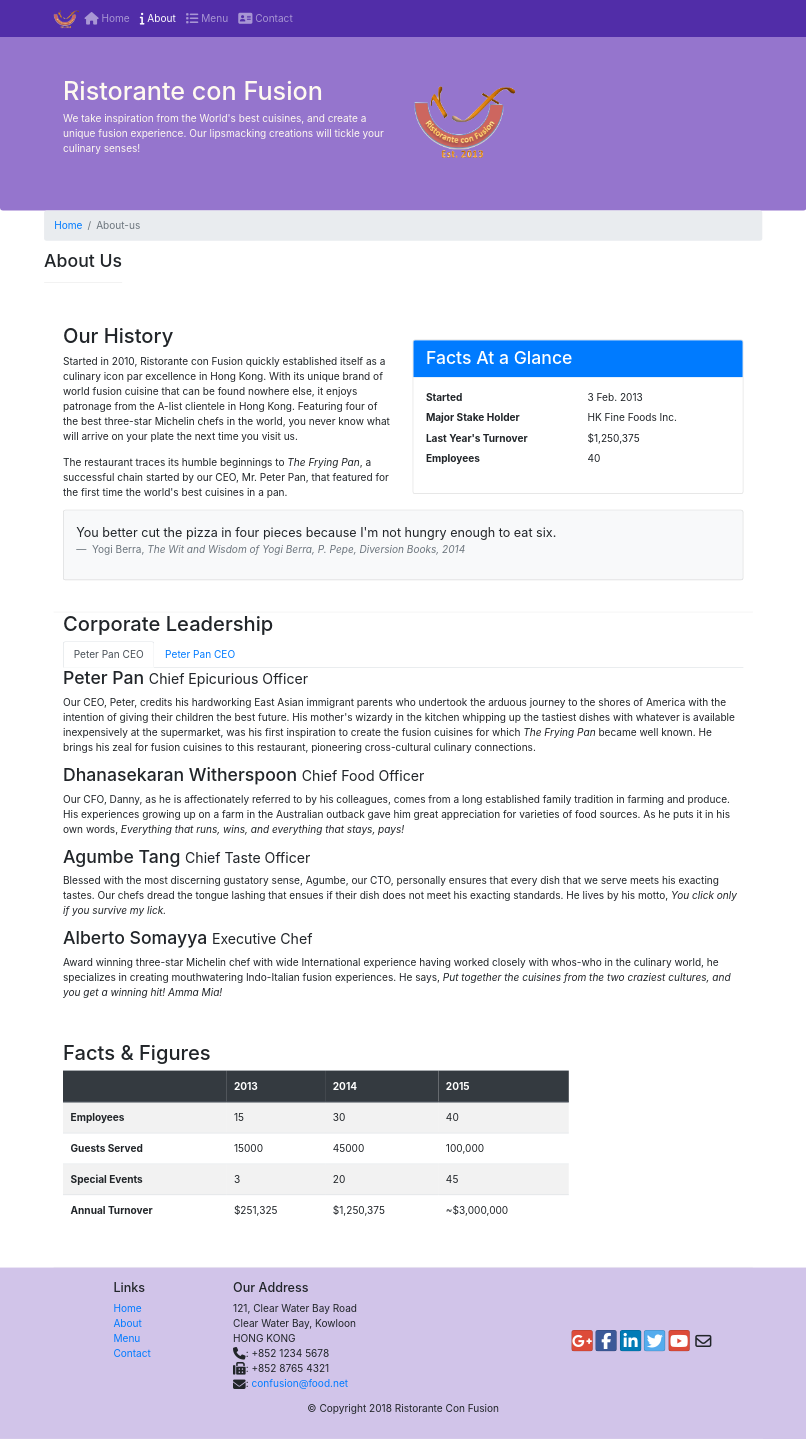
Repository: Samkiroko/Boostrap_intro
Page: about-us.html
The author's editor kept a copy of each file at every save. The page is drawn from the files as they stood at one save, then again after the next save.
The browser window is 1280 px wide. The pictures show the whole page, at 63% of full size.
Some web libraries are served in a nearby version.

Above is the page before, as saved 2020-02-01 13:50:07.

### about-us.html
<!DOCTYPE html>
<html lang="en">
  <head>
    <!-- Required meta tags -->
    <meta charset="utf-8" />
    <meta
      name="viewport"
      content="width=device-width, initial-scale=1, shrink-to-fit=no"
    />

    <!-- Bootstrap CSS -->
    <link
      rel="stylesheet"
      href="https://stackpath.bootstrapcdn.com/bootstrap/4.4.1/css/bootstrap.min.css"
      integrity="sha384-Vkoo8x4CGsO3+Hhxv8T/Q5PaXtkKtu6ug5TOeNV6gBiFeWPGFN9MuhOf23Q9Ifjh"
      crossorigin="anonymous"
    />
    <link rel="stylesheet" href="css/bootstrap-social.css" />
    <link
      rel="stylesheet"
      href="node_modules/font-awesome/css/font-awesome.min.css"
    />
    <link
      rel="stylesheet"
      href="node_modules/bootstrap-social/bootstrap-social.css"
    />
    <link rel="stylesheet" href="css/style.css" />
    <title>Ristorante Con Fusion</title>
  </head>

  <body>
    <nav class="navbar navbar-dark navbar-expand-sm  fixed-top">
      <div class="container">
        <button
          class="navbar-toggler"
          type="button"
          data-toggle="collapse"
          data-target="#Navbar"
        >
          <span class="navbar-toggler-icon"></span>
        </button>
        <a href="#" class="navbar-brand mr-auto"
          ><img src="img/logo.png" height="30" width="41" alt=""
        /></a>
        <div class="collapse navbar-collapse" id="Navbar">
          <ul class="navbar-nav mr-auto">
            <li class="nav-item">
              <a class="nav-link" href="./index.html"
                ><span class="fa fa-home fa-lg"></span> Home</a
              >
            </li>
            <li class="nav-item active">
              <a class="nav-link" href="#"
                ><span class="fa fa-info fa-lg"></span> About</a
              >
            </li>
            <li class="nav-item">
              <a class="nav-link" href="#"
                ><span class="fa fa-list fa-lg"></span> Menu</a
              >
            </li>
            <li class="nav-item">
              <a class="nav-link" href="/contactus.html"
                ><span class="fa fa-address-card fa-lg"></span> Contact</a
              >
            </li>
          </ul>
        </div>
      </div>
    </nav>
    <header class="jumbotron">
      <div class="container">
        <div class="row row-header">
          <div class="col-12 col-sm-6">
            <h1>Ristorante con Fusion</h1>
            <p>
              We take inspiration from the World's best cuisines, and create a
              unique fusion experience. Our lipsmacking creations will tickle
              your culinary senses!
            </p>
          </div>
          <div class="col-12 col-sm align-self-center">
            <img src="img/logo.png" alt="Ristorante logo" class="img-fluid" />
          </div>
        </div>
      </div>
    </header>

    <div class="container">
      <div class="row">
        <ol class="col-12 breadcrumb">
          <li class="breadcrumb-item"><a href="/index.html">Home</a></li>
          <li class="breadcrumb-item active">About-us</li>
        </ol>
        <div>
          <h3>About Us</h3>
          <hr />
        </div>
      </div>

      <div class="row row-content align-items-center">
        <div class="col-12 col-sm-6">
          <h2>Our History</h2>
          <p>
            Started in 2010, Ristorante con Fusion quickly established itself as
            a culinary icon par excellence in Hong Kong. With its unique brand
            of world fusion cuisine that can be found nowhere else, it enjoys
            patronage from the A-list clientele in Hong Kong. Featuring four of
            the best three-star Michelin chefs in the world, you never know what
            will arrive on your plate the next time you visit us.
          </p>
          <p>
            The restaurant traces its humble beginnings to
            <em>The Frying Pan</em>, a successful chain started by our CEO, Mr.
            Peter Pan, that featured for the first time the world's best
            cuisines in a pan.
          </p>
        </div>
        <div class="col-12 col-sm-6">
          <div class="card">
            <h3 class="card-header bg-primary text-white">Facts At a Glance</h3>
            <div class="card-body">
              <dl class="row">
                <dt class="col-6">Started</dt>
                <dd class="col-6">3 Feb. 2013</dd>
                <dt class="col-6">Major Stake Holder</dt>
                <dd class="col-6">HK Fine Foods Inc.</dd>
                <dt class="col-6">Last Year's Turnover</dt>
                <dd class="col-6">$1,250,375</dd>
                <dt class="col-6">Employees</dt>
                <dd class="col-6">40</dd>
              </dl>
            </div>
          </div>
        </div>
        <div class="col-12">
          <div class="card card-body bg-light">
            <blockquote class="blockquote">
              <p class="mb-0">
                You better cut the pizza in four pieces because I'm not hungry
                enough to eat six.
              </p>
              <footer class="blockquote-footer">
                Yogi Berra,
                <cite title="Source Title"
                  >The Wit and Wisdom of Yogi Berra, P. Pepe, Diversion Books,
                  2014</cite
                >
              </footer>
            </blockquote>
          </div>
        </div>
      </div>

      <div class="col">
        <div>
          <h2>Corporate Leadership</h2>

          <ul class="nav nav-tabs">
            <li class="nav-item">
              <a
                href="#peter"
                class="nav-link active"
                role="tab"
                data-toggle="tab"
              >
                Peter Pan CEO
              </a>
            </li>
            <li class="nav-item">
              <a href="#peter" class="nav-link" role="tab" data-toggle="tab">
                Peter Pan CEO
              </a>
            </li>
          </ul>
          <h3>Peter Pan <small>Chief Epicurious Officer</small></h3>
          <p class="d-none d-sm-block">
            Our CEO, Peter, credits his hardworking East Asian immigrant parents
            who undertook the arduous journey to the shores of America with the
            intention of giving their children the best future. His mother's
            wizardy in the kitchen whipping up the tastiest dishes with whatever
            is available inexpensively at the supermarket, was his first
            inspiration to create the fusion cuisines for which
            <em>The Frying Pan</em> became well known. He brings his zeal for
            fusion cuisines to this restaurant, pioneering cross-cultural
            culinary connections.
          </p>
          <h3>Dhanasekaran Witherspoon <small>Chief Food Officer</small></h3>
          <p class="d-none d-sm-block">
            Our CFO, Danny, as he is affectionately referred to by his
            colleagues, comes from a long established family tradition in
            farming and produce. His experiences growing up on a farm in the
            Australian outback gave him great appreciation for varieties of food
            sources. As he puts it in his own words,
            <em
              >Everything that runs, wins, and everything that stays, pays!</em
            >
          </p>
          <h3>Agumbe Tang <small>Chief Taste Officer</small></h3>
          <p class="d-none d-sm-block">
            Blessed with the most discerning gustatory sense, Agumbe, our CTO,
            personally ensures that every dish that we serve meets his exacting
            tastes. Our chefs dread the tongue lashing that ensues if their dish
            does not meet his exacting standards. He lives by his motto,
            <em>You click only if you survive my lick.</em>
          </p>
          <h3>Alberto Somayya <small>Executive Chef</small></h3>
          <p class="d-none d-sm-block">
            Award winning three-star Michelin chef with wide International
            experience having worked closely with whos-who in the culinary
            world, he specializes in creating mouthwatering Indo-Italian fusion
            experiences. He says,
            <em
              >Put together the cuisines from the two craziest cultures, and you
              get a winning hit! Amma Mia!</em
            >
          </p>
        </div>
      </div>
      <div class="row row-content">
        <div class="col-12 col-sm-9">
          <h2>Facts &amp; Figures</h2>
          <div class="table-responsive">
            <table class="table table-striped">
              <thead class="thead-dark">
                <tr>
                  <th>&nbsp;</th>
                  <th>2013</th>
                  <th>2014</th>
                  <th>2015</th>
                </tr>
              </thead>
              <tbody>
                <tr>
                  <th>Employees</th>
                  <td>15</td>
                  <td>30</td>
                  <td>40</td>
                </tr>
                <tr>
                  <th>Guests Served</th>
                  <td>15000</td>
                  <td>45000</td>
                  <td>100,000</td>
                </tr>
                <tr>
                  <th>Special Events</th>
                  <td>3</td>
                  <td>20</td>
                  <td>45</td>
                </tr>
                <tr>
                  <th>Annual Turnover</th>
                  <td>$251,325</td>
                  <td>$1,250,375</td>
                  <td>~$3,000,000</td>
                </tr>
              </tbody>
            </table>
          </div>
        </div>
        <div class="col-12 colsm3"></div>
      </div>
    </div>

    <footer class="footer">
      <div class="container">
        <div class="row">
          <div class="col-4 offset-1 col-sm-2">
            <h5>Links</h5>
            <ul class="list-unstyled">
              <li><a href="/index.html">Home</a></li>
              <li><a href="/about-us.html">About</a></li>
              <li><a href="#">Menu</a></li>
              <li><a href="#">Contact</a></li>
            </ul>
          </div>
          <div class="col-7 col-sm-5">
            <h5>Our Address</h5>
            <address>
              121, Clear Water Bay Road<br />
              Clear Water Bay, Kowloon<br />
              HONG KONG<br />
              <i class="fa fa-phone fa-lg"></i>: +852 1234 5678<br />
              <i class="fa fa-fax fa-lg"></i>: +852 8765 4321<br />
              <i class="fa fa-envelope fa-lg"></i>:
              <a href="mailto:confusion@food.net">confusion@food.net</a>
            </address>
          </div>
          <div class="col-12 col-sm-4 align-self-center">
            <div class="text-center">
              <div class="text-center">
                <a
                  class="btn btn-social-icon btn-google"
                  href="http://google.com/+"
                  ><i class="fa fa-google-plus"></i
                ></a>
                <a
                  class="btn btn-social-icon btn-facebook"
                  href="http://www.facebook.com/profile.php?id="
                  ><i class="fa fa-facebook"></i
                ></a>
                <a
                  class="btn btn-social-icon btn-linkedin"
                  href="http://www.linkedin.com/in/"
                  ><i class="fa fa-linkedin"></i
                ></a>
                <a
                  class="btn btn-social-icon btn-twitter"
                  href="http://twitter.com/"
                  ><i class="fa fa-twitter"></i
                ></a>
                <a
                  class="btn btn-social-icon btn-google"
                  href="http://youtube.com/"
                  ><i class="fa fa-youtube"></i
                ></a>
                <a class="btn btn-social-icon" href="mailto:"
                  ><i class="fa fa-envelope-o"></i
                ></a>
              </div>
            </div>
          </div>
        </div>
        <div class="row justify-content-center">
          <div class="col-auto">
            <p>© Copyright 2018 Ristorante Con Fusion</p>
          </div>
        </div>
      </div>
    </footer>
    <!-- Optional JavaScript -->
    <!-- jQuery first, then Popper.js, then Bootstrap JS -->
    <script
      src="https://code.jquery.com/jquery-3.4.1.slim.min.js"
      integrity="sha384-J6qa4849blE2+poT4WnyKhv5vZF5SrPo0iEjwBvKU7imGFAV0wwj1yYfoRSJoZ+n"
      crossorigin="anonymous"
    ></script>
    <script
      src="https://cdn.jsdelivr.net/npm/popper.js@1.16.0/dist/umd/popper.min.js"
      integrity="sha384-Q6E9RHvbIyZFJoft+2mJbHaEWldlvI9IOYy5n3zV9zzTtmI3UksdQRVvoxMfooAo"
      crossorigin="anonymous"
    ></script>
    <script
      src="https://stackpath.bootstrapcdn.com/bootstrap/4.4.1/js/bootstrap.min.js"
      integrity="sha384-wfSDF2E50Y2D1uUdj0O3uMBJnjuUD4Ih7YwaYd1iqfktj0Uod8GCExl3Og8ifwB6"
      crossorigin="anonymous"
    ></script>
  </body>
</html>

### css/style.css
body {
  padding: 50px 0px 0px 0px;
  z-index: 0;
}

.navbar-dark {
  background-color: #512da8;
}

.row-header {
  margin: 0px auto;
  padding: 0px auto;
}

.row-content {
  margin: 0px auto;
  padding: 50px 0px 50px 0px;
  border-bottom: 1px ridge;
  min-height: 400px;
}
.footer {
  background-color: #d1c4e9;
  margin: 0px auto;
  padding: 20px 0px 20px 0px;
}
.jumbotron {
  padding: 70px 30px 70px 30px;
  margin: 0px auto;
  background-color: #9575cd;
  color: floralwhite;
}
.address {
  font-size: 80%;
  margin: 0px;
  color: #0f0f0f;
}

Loaded but not shown: css/bootstrap-social.css (library)

After the next save:
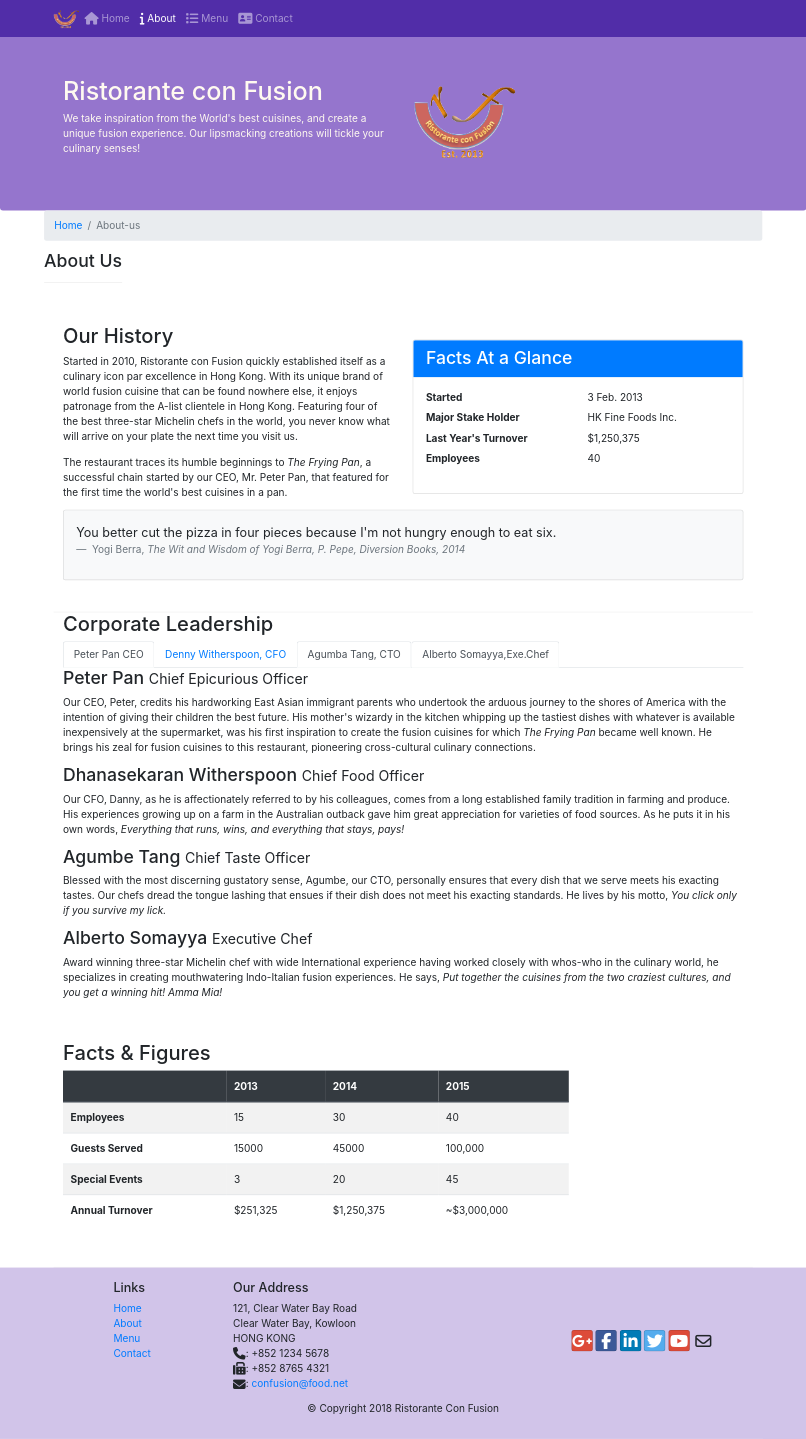
Saved 4 min 11 s later.
--- a/about-us.html
+++ b/about-us.html
@@ -168,8 +168,28 @@
               </a>
             </li>
             <li class="nav-item">
-              <a href="#peter" class="nav-link" role="tab" data-toggle="tab">
-                Peter Pan CEO
+              <a href="#danny" class="nav-link" role="tab" data-toggle="tab">
+                Denny Witherspoon, CFO
+              </a>
+            </li>
+            <li class="nav-item">
+              <a
+                href="#agumba"
+                class="nav-link active"
+                role="tab"
+                data-toggle="tab"
+              >
+                Agumba Tang, CTO
+              </a>
+            </li>
+            <li class="nav-item">
+              <a
+                href="#alberto"
+                class="nav-link active"
+                role="tab"
+                data-toggle="tab"
+              >
+                Alberto Somayya,Exe.Chef
               </a>
             </li>
           </ul>
